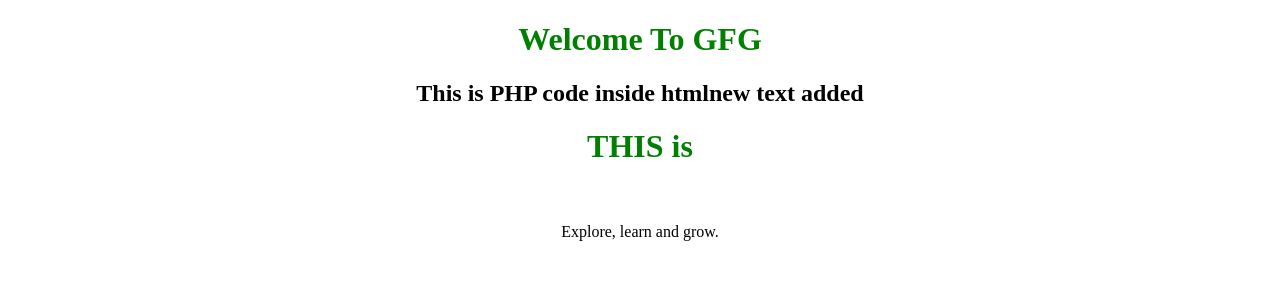
Repository: anish9914/phpprojectgh
Page: http://localhost/exsample1.php
These files come from the project's save history. The page is drawn as it stood at one moment and after a run of saves; the edit follows.
The browser window is 1280 px wide. The pictures show the whole page.
The page is run by PHP 8.4 with error messages shown; the project is at /var/www/html/.

Above is the page before, as saved 2022-12-14 11:11:58.

After the next 2 saves:
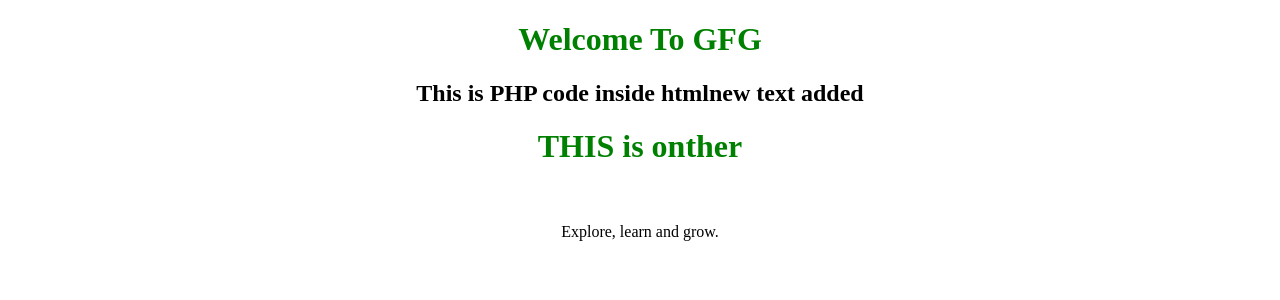
The 2 saves are shown as one change because they came seconds apart.
The last was saved 9 s later.
--- a/exsample1.php
+++ b/exsample1.php
@@ -21,7 +21,7 @@
 
             ?>
         </h2>
-        <h1>THIS is </h1>
+        <h1>THIS is onther</h1>
         <br><br>
         <?php
         echo 'Explore, learn and grow.'
